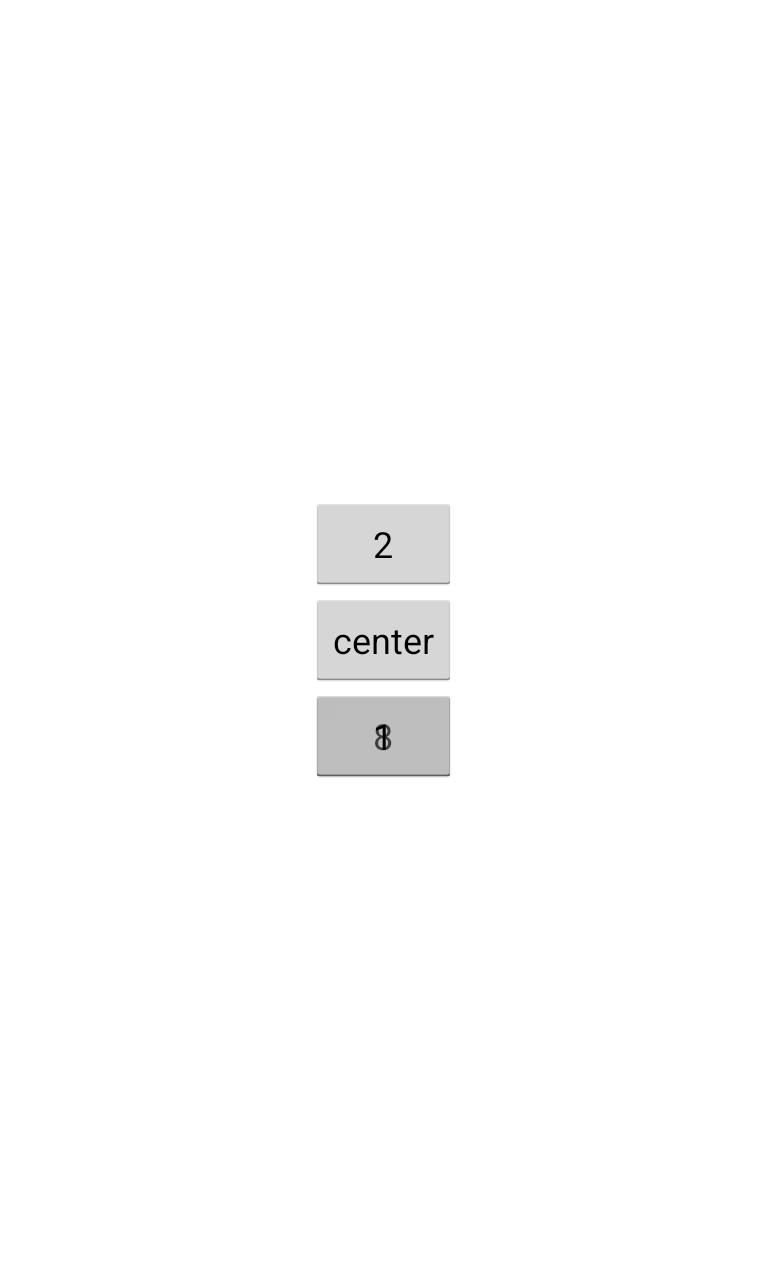
Repository: qwer2714856/Android_learn
Layout: relativeLayoutDeom/res/layout/activity_main.xml
These files come from the project's save history. The layout is drawn as it stood at one moment and after the next save; the edit follows.
It is drawn on a 768 x 1280 px phone screen (xhdpi) without system bars, with theme AppTheme; the app's code is not run.

Above is the layout before, as saved 2015-09-29 03:48:41.

After the next save:
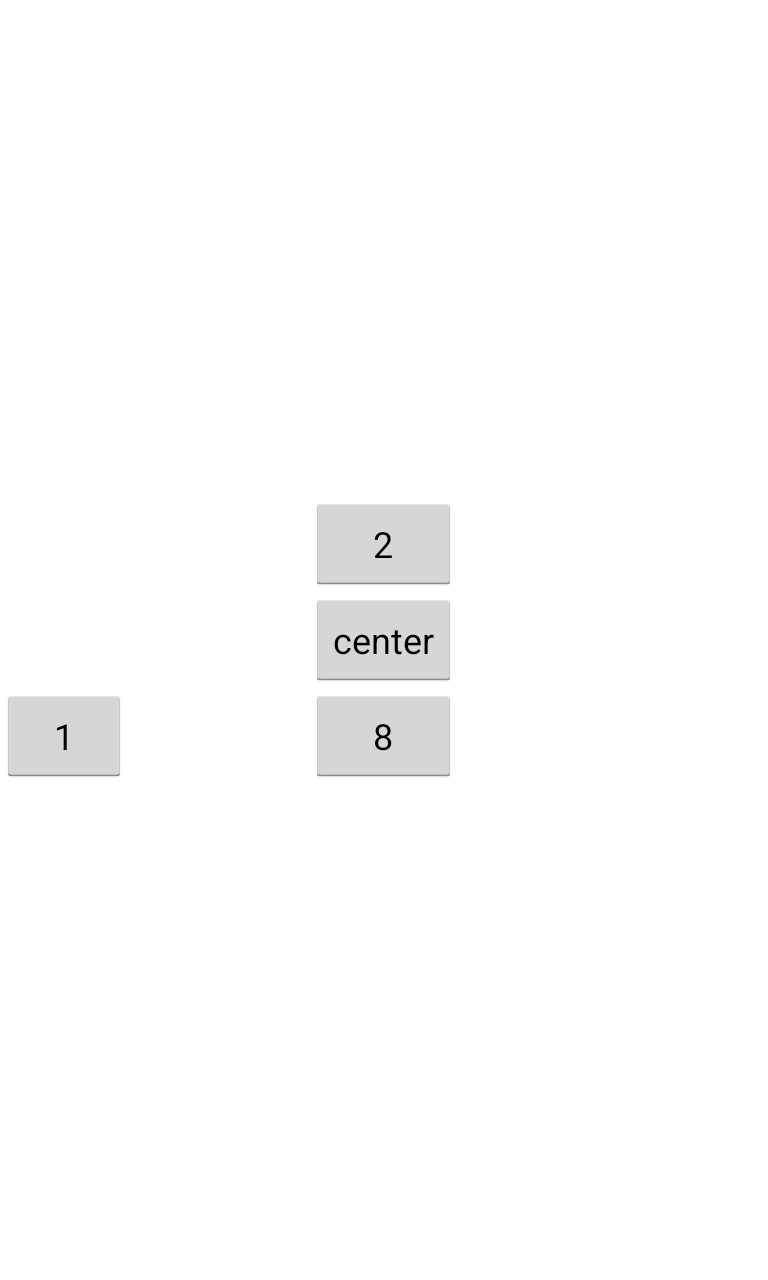
Saved 9 s later.
--- a/relativeLayoutDeom/res/layout/activity_main.xml
+++ b/relativeLayoutDeom/res/layout/activity_main.xml
@@ -40,8 +40,6 @@
         android:layout_height="wrap_content"
         android:text="1"
         android:id="@+id/a1"
-        android:layout_alignLeft="@id/a5"
-        android:layout_alignRight="@id/a5"
         android:layout_below="@id/a5"
         />
 
